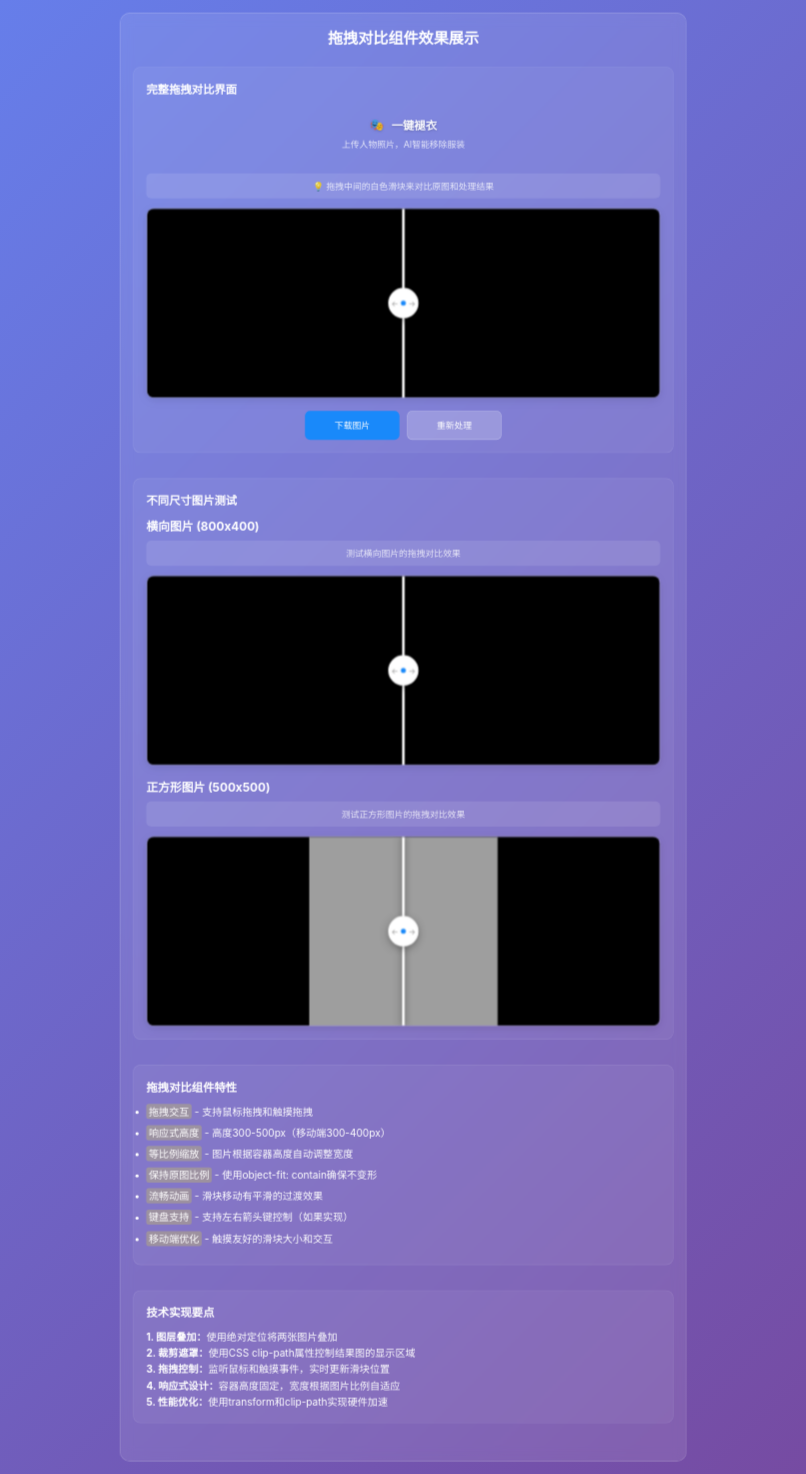
Repository: fooldychi/undress
Page: drag-comparison-demo.html
An editor plug-in stored every save of this project. The page is shown before and after the next save, followed by the edit.
The browser window is 1280 px wide. The pictures show the whole page, at 63% of full size.
Pictures or frames that could not be fetched are drawn as grey boxes.

Above is the page before, as saved 2025-07-13 16:51:34.

After the next save:
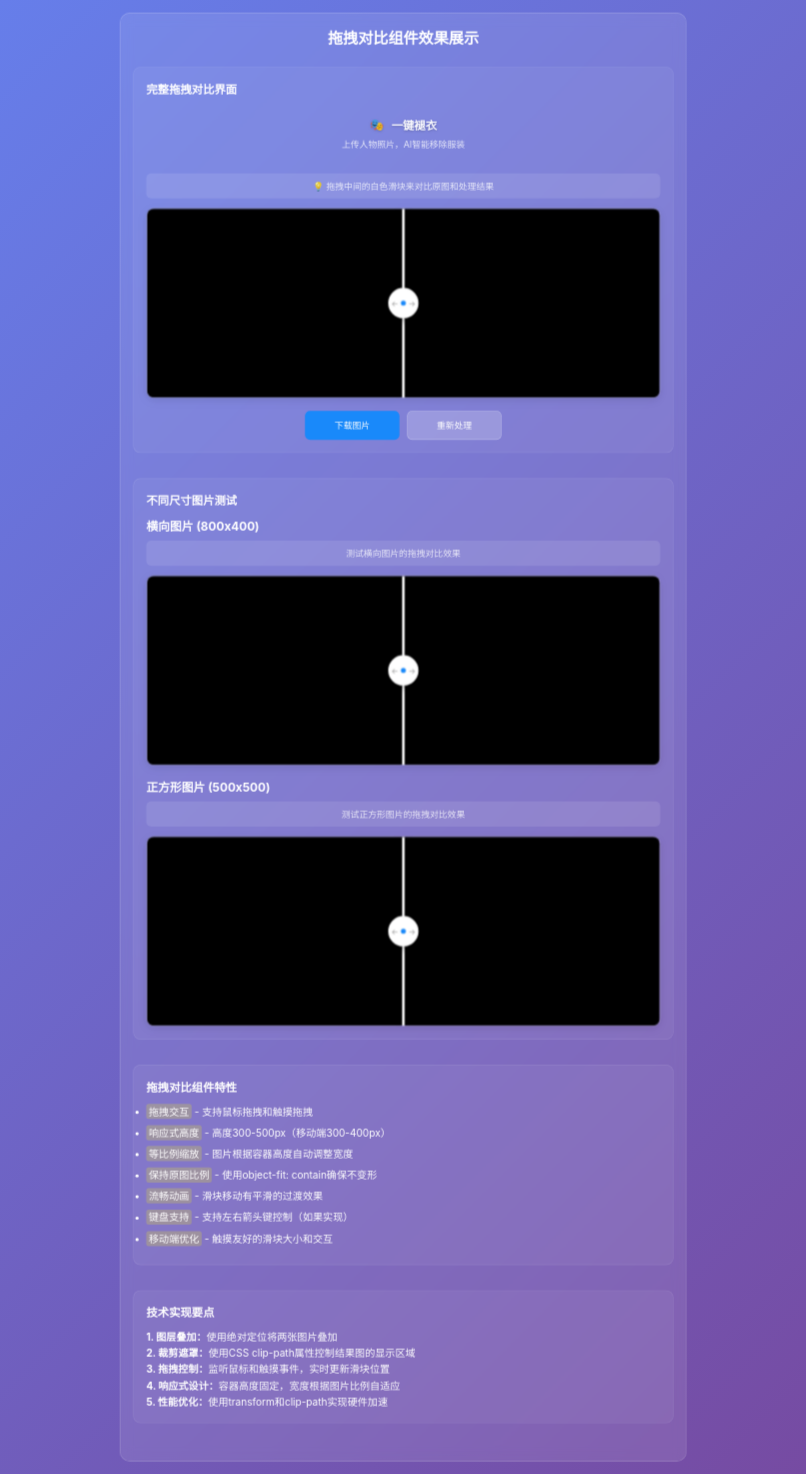
Saved 18 s later.
--- a/drag-comparison-demo.html
+++ b/drag-comparison-demo.html
@@ -398,20 +398,22 @@
                 <div class="comparison-container" id="comparison3">
                     <div class="comparison-wrapper">
                         <div class="image-layer original-layer">
-                            <img
-                                src="https://picsum.photos/500/500?random=5"
-                                alt="正方形原图"
+                            <canvas
+                                id="originalCanvas3"
+                                width="500"
+                                height="500"
                                 class="comparison-image"
-                                crossorigin="anonymous"
-                            />
+                                style="width: 100%; height: 100%; object-fit: contain;"
+                            ></canvas>
                         </div>
                         <div class="image-layer result-layer" id="resultLayer3">
-                            <img
-                                src="https://picsum.photos/500/500?random=6"
-                                alt="正方形结果"
+                            <canvas
+                                id="resultCanvas3"
+                                width="500"
+                                height="500"
                                 class="comparison-image"
-                                crossorigin="anonymous"
-                            />
+                                style="width: 100%; height: 100%; object-fit: contain;"
+                            ></canvas>
                         </div>
                         <div class="comparison-slider" id="slider3">
                             <div class="slider-line"></div>
